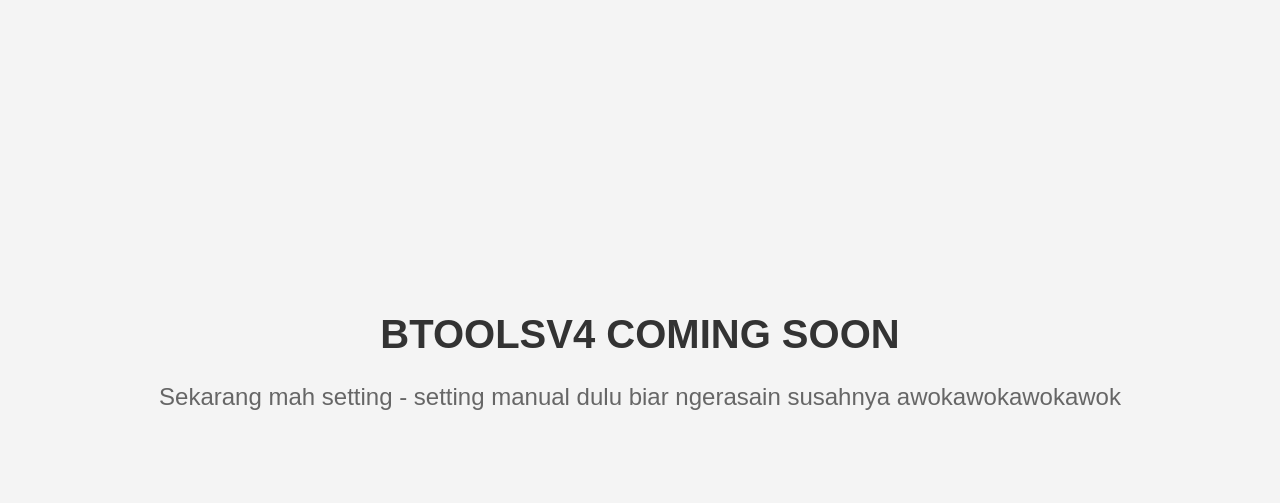
Repository: ZulPratama21/btoolsV4
Page: webApp/templates/index.html
The author's editor kept a copy of each file at every save. The page is drawn from the files as they stood at one save, then again after the next save.
The browser window is 1280 px wide. The pictures show the whole page.

Above is the page before, as saved 2024-08-26 10:11:37.

After the next save:
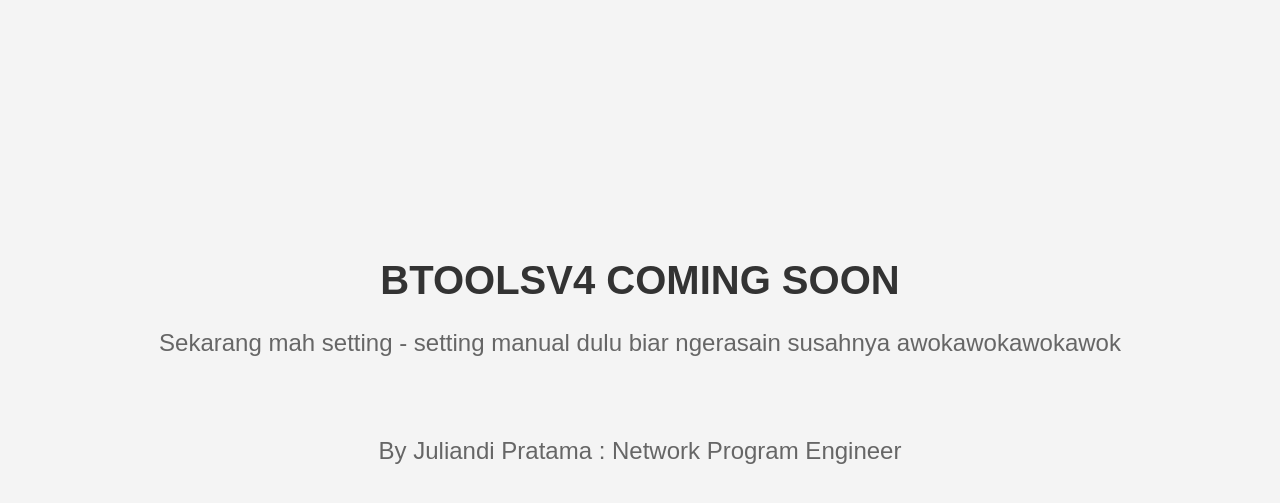
Saved 43 min 59 s later.
--- a/webApp/templates/index.html
+++ b/webApp/templates/index.html
@@ -28,7 +28,8 @@
 <body>
     <div>
         <h1>BTOOLSV4 COMING SOON</h1>
-        <p>Sekarang mah setting - setting manual dulu biar ngerasain susahnya awokawokawokawok</p>
+        <p>Sekarang mah setting - setting manual dulu biar ngerasain susahnya awokawokawokawok<br><br><br></p>
+        <p>By Juliandi Pratama : Network Program Engineer</p>
     </div>
 </body>
 </html>
